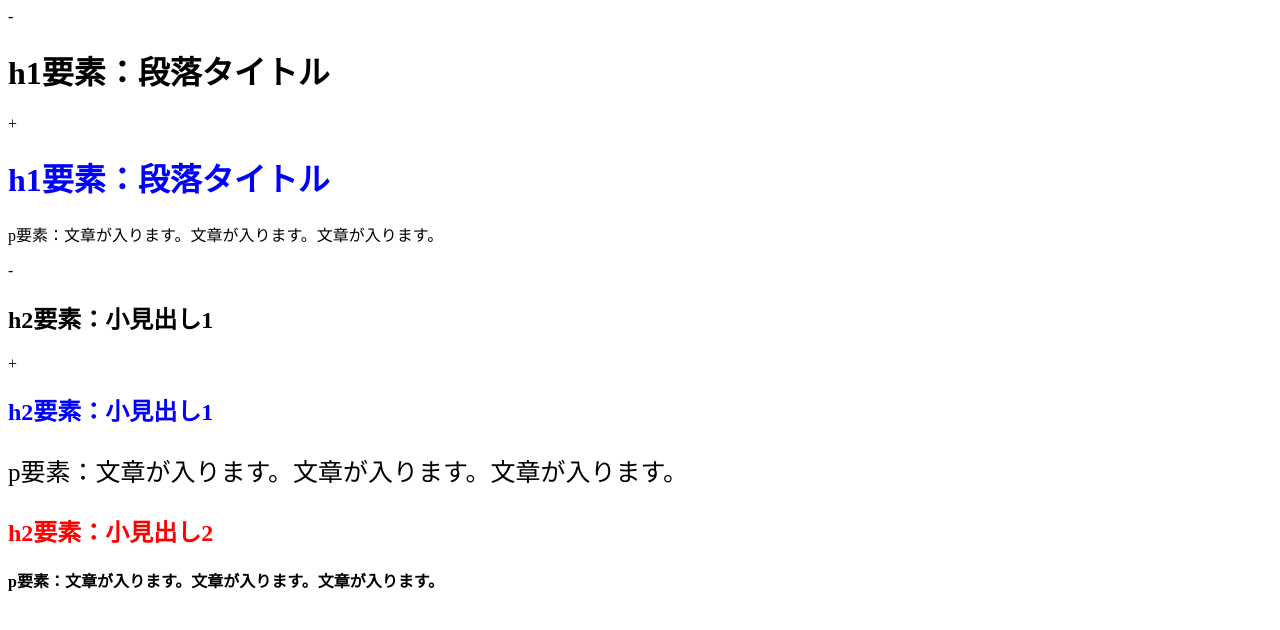
Repository: Miya0223/samurai_HTML-CSS
Page: index.html
The author's editor kept a record of every edit. The page is drawn from the files as they stood at one moment, then again after the next edit.
The browser window is 1280 px wide. The pictures show the whole page.

Above is the page before.

After the next edit:
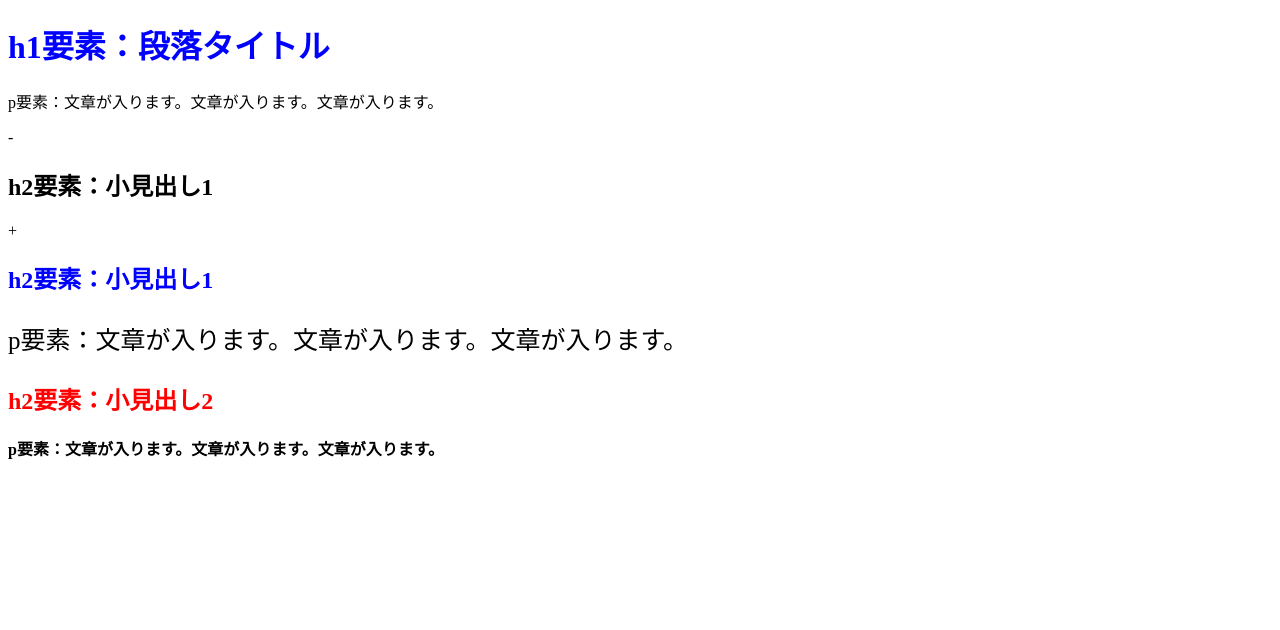
The edit:
--- a/index.html
+++ b/index.html
@@ -13,8 +13,7 @@
     </style>
   </head>
   <body>
--    <h1>h1要素：段落タイトル</h1>
-+    <h1 class="blue">h1要素：段落タイトル</h1>
+     <h1 class="blue">h1要素：段落タイトル</h1>
     <p>p要素：文章が入ります。文章が入ります。文章が入ります。</p>
 -    <h2>h2要素：小見出し1</h2>
 +    <h2 class="blue">h2要素：小見出し1</h2>
